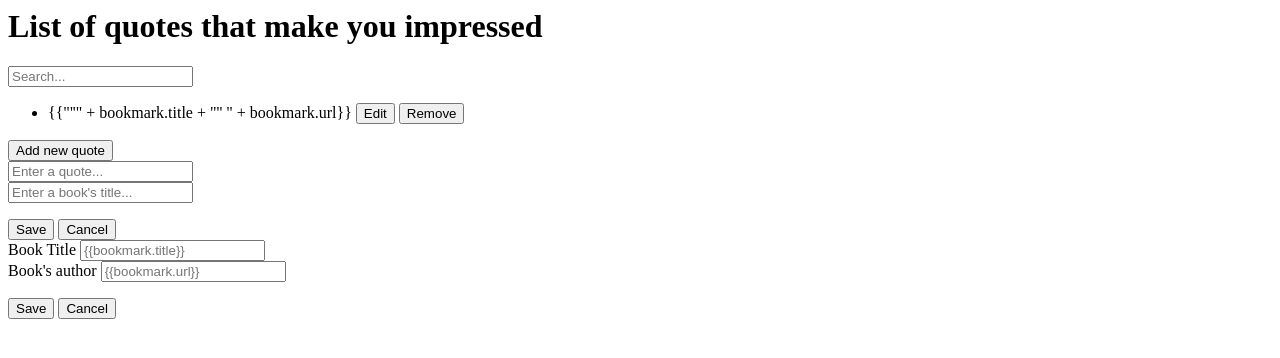
Repository: joannapl/LibraryOnline
Page: templates/quotes.html
The author's editor kept a record of every edit. The page is drawn from the files as they stood at one moment, then again after the next edit.
The browser window is 1280 px wide. The pictures show the whole page.

Above is the page before.

After the next edit:
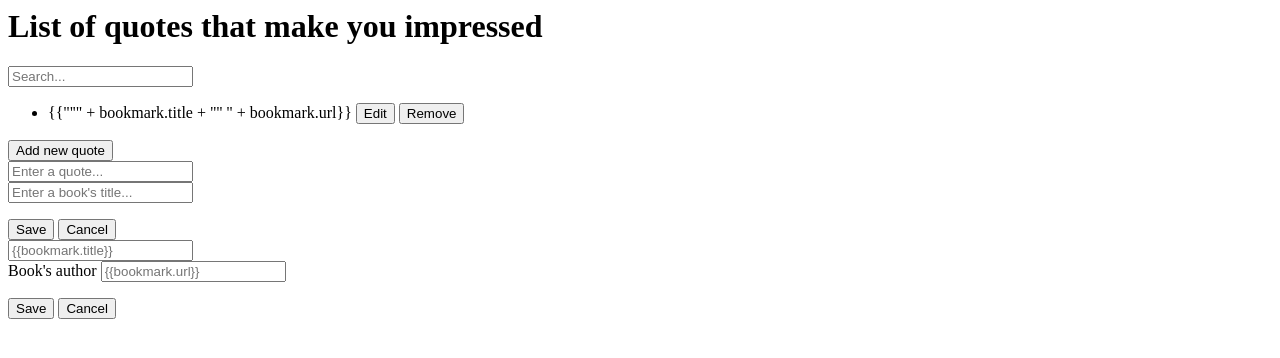
The edit:
--- a/templates/quotes.html
+++ b/templates/quotes.html
@@ -41,7 +41,6 @@
     <div class="jumbotron"  id="editDiv" ng-hide="hideEdit">
         <form role="form">
              <div class="form-group">
-                <label for="bookmarkTitle">Book Title</label>
                 <input type="text" ng-model="bookmarkTitleEdit" class="form-control" id="bookmarkTitle" placeholder="{{bookmark.title}}">
             </div>
             <div class="form-group">
